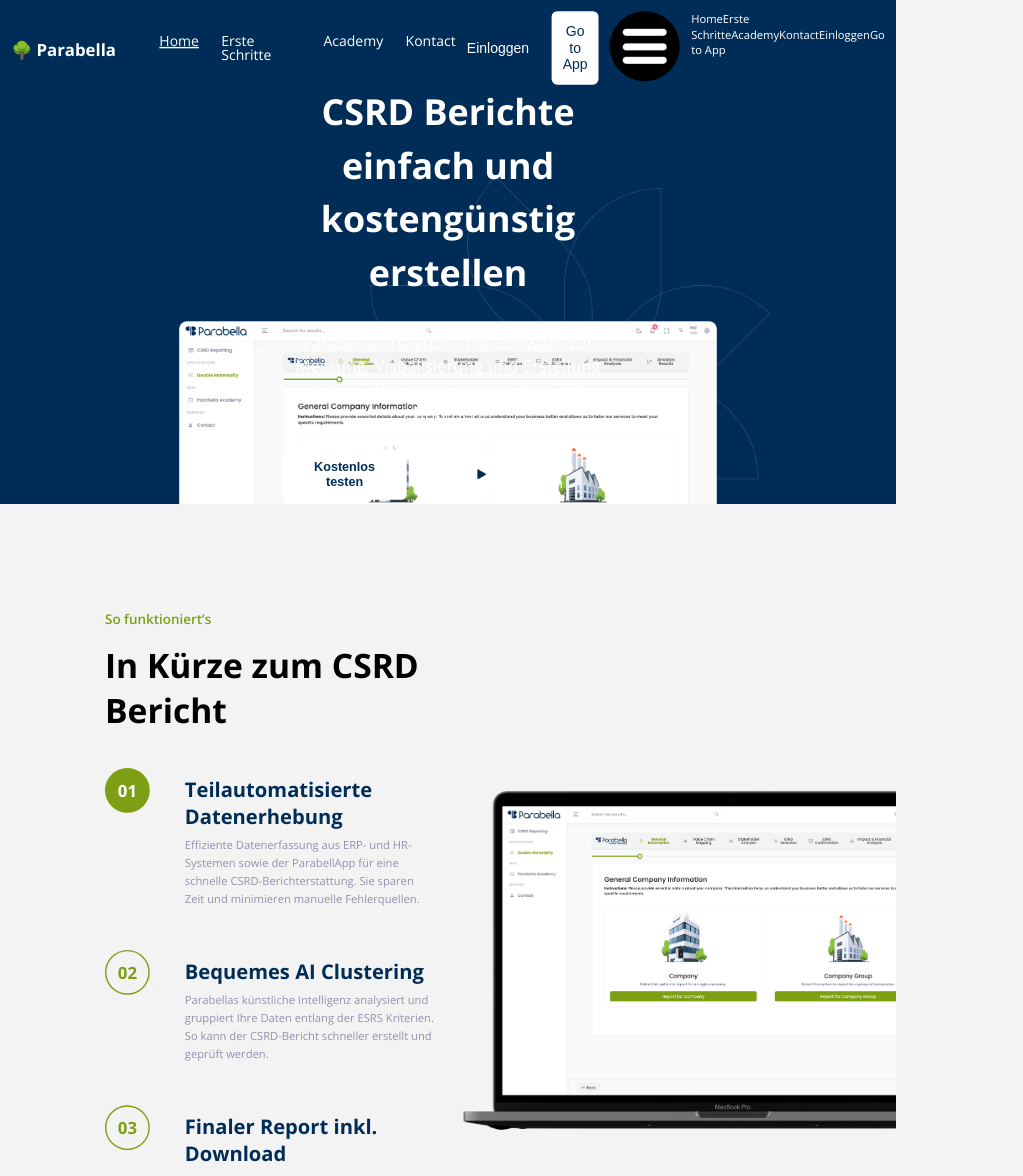
Repository: AiTrinh303/Parabella_Clone
Page: /
An editor plug-in stored every save of this project. The page is shown before and after the next save, followed by the edit.
The browser window is 1280 px wide. The page is 1462 px wide, so the pictures cover 1462 px, including what lies to the right of the window. The pictures show the part of the page from y = 0 to 1680 px (the page is 8556 px tall), at 70% of full size.
The project was rebuilt for these pictures with package versions that can differ from the ones it lists, and the page was loaded fresh each time. Also part of the build but not shown: vite.config.js, src/pages/HomePage/HomePage.scss, src/pages/ErsteSchrittePage/ErsteSchrittePage.jsx, src/pages/AcademyPage/AcademyPage.jsx, src/pages/ContactPage/ContactPage.jsx. Imported but missing from the stored project, and not drawn on this page: src/assets/natur.mp4.

Above is the page before, as saved 2024-09-30 14:11:05.

### index.html
<!doctype html>
<html lang="en">
  <head>
    <meta charset="UTF-8" />
    <!-- <link rel="icon" type="image/svg+xml" href=/> -->
    <meta name="viewport" content="width=device-width, initial-scale=1.0" />
    <title>🌳 Parabella Analytics</title>
  </head>
  <body>
    <div id="root"></div>
    <script type="module" src="/src/main.jsx"></script>
  </body>
</html>

### src/App.jsx
import { createBrowserRouter, RouterProvider } from 'react-router-dom';
import { Layout } from './layouts/Layout';
import HomePage from './pages/HomePage/HomePage';
import ErsteSchrittePage from './pages/ErsteSchrittePage/ErsteSchrittePage';
import AcademyPage from './pages/AcademyPage/AcademyPage';
import ContactPage from './pages/ContactPage/ContactPage';


function App() {
  const router = createBrowserRouter([
    {
      path: '/',
      element: <Layout />,
      children: [
        {
          path: '/',
          element: <HomePage />,
        },
        {
          path: '/erste-schritte',
          element: <ErsteSchrittePage />,
        },
        {
          path: '/academy',
          element: <AcademyPage />,
        },
        {
          path: '/contact',
          element: <ContactPage />,
        }
      ],
    }
  ]);

    return <RouterProvider router={router} />;
}

export default App

### src/index.css
/* @import url('https://fonts.googleapis.com/css2?family=Roboto:ital,wght@0,100;0,300;0,400;0,500;0,700;0,900;1,100;1,300;1,400;1,500;1,700;1,900&display=swap'); */
@import url('https://fonts.googleapis.com/css2?family=Open+Sans:ital,wght@0,300..800;1,300..800&family=Roboto:ital,wght@0,100;0,300;0,400;0,500;0,700;0,900;1,100;1,300;1,400;1,500;1,700;1,900&display=swap');

*{
    box-sizing: border-box;
    margin: 0;
    padding: 0;
}

body{
    /* font-family: 'Roboto', sans-serif; */
    font-family: "Open Sans", sans-serif;
    background-color: #f3f3f3;
}

a{
    text-decoration: none;
    color: inherit;
    line-height: 1;
    cursor: pointer;
}

### src/layouts/Layout.jsx
import { Navigate, Outlet } from "react-router-dom";
import "./layout.scss";
import Navbar from "../components/Navbar/Navbar";
import Footer from "../components/Footer/Footer";


export const Layout = () => {
  return (
    <div className="layout">
        <div className="navbar">
            <Navbar />
        </div>
        <div className="content">
            <Outlet />
        </div>
        <div className="footer">
          <Footer />
        </div>
    </div>
  )
}

// export const RequiredAuthLayout = () => {
//   const {currentUser} = useContext(AuthContext);
//   if (!currentUser) {
//     return <Navigate to="/login" />;
//   }
//   else {
//     return (
//       <div className="layout">
//         <div className="navbar">
//             <Navbar />
//         </div>
//         <div className="content">
//           <div className="outlet">
//             <Outlet />
//           </div>
//         </div>
//       </div>
//     )
//   }

// }

### src/pages/HomePage/HomePage.jsx
import './HomePage.scss'
import Hero from '../../components/Hero/Hero'
import Funktioniert from '../../components/Funktioniert/Funktioniert'
import Warum from '../../components/Warum/Warum'
import Service from '../../components/Service/Service'
import Team from '../../components/Team/Team'
import Kunden from '../../components/Kunden/Kunden'
import VideoPlayer from '../../components/VideoPlayer/VideoPlayer'
import { useState } from 'react'
import Partner from '../../components/Partner/Partner'
import Kontakt from '../../components/Kontakt/Kontakt'

const HomePage = () => {

  const [playVideo, setPlayVideo] = useState(false)

  return (
    <div className='home'>
      <Hero setPlayVideo={setPlayVideo}/>
      <Funktioniert />
      <Warum />
      <Service />
      <Team />
      <Kunden />
      <Partner />
      <Kontakt />
      <VideoPlayer playVideo={playVideo} setPlayVideo={setPlayVideo}/>
    </div>
  )
}

export default HomePage

### src/layouts/layout.scss
@import "../responsive.scss";

.layout {
  display: flex;
  flex-direction: column;
  min-height: 100vh;

  @include lg {
    max-width: 1280px;
  }

  @include md {
    max-width: 768px;
  }

  @include sm {
    max-width: 640px;
  }

  .content{
   flex: 1;
  }
}

### src/components/Footer/Footer.jsx
import './Footer.scss';

const Footer = () => {
  return (
    <div className='footer'>
      <div className='top'>
        <div className="logo">
          <a href="/" >
            <span role="img" aria-label="tree">🌳</span> Parabella
          </a>
          <p>CSRD Berichte einfach und kostengünstig erstellen</p>
          <div className="social-icons">

              <img src="https://img.icons8.com/color/48/000000/facebook.png" alt="facebook" />

              <img src="https://img.icons8.com/color/48/000000/twitter.png" alt="twitter" />

              <img src="https://img.icons8.com/color/48/000000/instagram-new.png" alt="instagram" />

          </div>
        </div>

        <div className="links">
          <ul>
            <li><a href="/kontakt">Kontakt</a></li>
            <li><a href="/about">Über uns</a></li>
            <li><a href="/services">Services</a></li>
          </ul>
          <ul>
            <li><a href="/login">Login</a></li>
            <li><a href="/register">Registrieren</a></li>
          </ul>
        </div>
      </div>

      {/* <hr /> */}

      <div className='bottom'>
        <div className="left">
          <a href="/agb">AGB</a>
          <a href="/datenschutz">Datenschutz</a>
          <a href="/impressum">Impressum</a>
        </div>

        <div className="right">
          <span>© Copyright 2024 - Parabella Analytics</span>
        </div>
      </div>
    </div>
  );
}

export default Footer;

### src/components/Hero/Hero.jsx
import './Hero.scss';
import groupImage from '../../assets/Group+10.png';
import screenImage from '../../assets/parabella-analytics-screen.png';
import playIcon from '../../assets/VideoButton.png';
const Hero = ({setPlayVideo}) => {
  return (
    <div className='hero'>
      <div className='hero-content'>
        <h1>CSRD Berichte einfach und kostengünstig erstellen</h1>
        <p>Parabella Analytics – die Software zur Messung, Visualisierung und Erstellung von ESG-Berichten entlang der CSRD Kriterien</p>
        <div>
          <button >Kostenlos testen</button>
          <div>
            <img src={playIcon} alt="play icon" onClick={()=> {setPlayVideo(true)}}/>
            <span>
              Erklärvideo abspielen
            </span>
          </div>
        </div>

      </div>
      <img src={groupImage} alt="Group" className="group-image" />
      <img src={screenImage} alt="ParabellaScreen" className="screen-image"/>
    </div>
  );
}

export default Hero;

### src/components/Warum/Warum.jsx
import './Warum.scss'
import {warum} from '../../data/warum'


const Card = ({img, title, desc}) => {
  return (
    <div className='card'>
      <img src={img} alt={title} />
      <h3>{title}</h3>
      <p>{desc}</p>
    </div>
  )
}

const Warum = () => {
  return (
    <div className='warum'>
      <p>Warum Parabella Analytics?</p>
      <h2>Was Sie erwartet, wenn Sie keinen Nachhaltigkeitsbericht abgeben:</h2>
      <div className="block">
        {warum.map((item) => (
          <Card key={item.id} {...item} />
        ))}
      </div>
    </div>
  )
}

export default Warum

### src/components/Service/Service.jsx
import './Service.scss'
import {service} from '../../data/service'

const Block = ({ title, desc, features, btn }) => {
    return (
        <div className="block">
        <h3>{title}</h3>
        <p>{desc}</p>
        <h4>Features:</h4>
        <ul>
            {features.map((feature, index) => <li key={index}>{feature}</li>)}
        </ul>
        <button>{btn}</button>
        </div>
    )
    }


const Service = () => {
  return (
    <div className="service">
      <span>Service</span>
      <h2>Unsere Software-Landschaft</h2>
      <p>Je nach Unternehmensgröße und Situation empfiehlt es sich das passende Paket zu wählen.</p>
      <div className="blocks">
        {service.map((item) => (
          <Block
            key={item.id}
            title={item.title}
            desc={item.desc}
            features={item.features}
            btn={item.btn}
          />
        ))}
      </div>
    </div>
  )
}

export default Service

### src/components/Team/Team.jsx
import './Team.scss'
import Marcus from '../../assets/PA-Marcus-Ohnemus.png'
import Alexander from '../../assets/PA-Sascha-Pavlovski.png'
import Dominik from '../../assets/PA-Dominik-Erb.png'

const Team = () => {
  return (
    <div className='team'>
      <span>Unser Team</span>
      <h2>Über uns</h2>
      <p>Wir sind ein AI-Startup aus München, das sich darauf spezialisiert hat, mittelständische Unternehmen bei der Umsetzung der CSRD-Berichterstattung zu unterstützen.</p>

        <div className='team__members'>
            <div className='team__member'>
                <img src={Marcus} alt='Marcus Ohnemus' />
                <h3>Marcus Ohnemus</h3>
                <p>CEO & Founder</p>
            </div>
            <div className='team__member'>
                <img src={Alexander} alt='Alexander Pavlovski' />
                <h3>Alexander Pavlovski</h3>
                <p>CTO & Co-Founder</p>
            </div>
            <div className='team__member'>
                <img src={Dominik} alt='Dominik Erb' />
                <h3>Dominik Erb</h3>
                <p>CPO & Co-Founder</p>
            </div>
        </div>
    </div>
  )
}

export default Team

### src/components/Kunden/Kunden.jsx
import React, { useState } from 'react';
import './Kunden.scss';
import { kunden } from '../../data/kunden';
import backBtn from '../../assets/back-icon.png';
import nextBtn from '../../assets/next-icon.png';

const Card = ({ img, name, address, text }) => {
  return (
    <div className='card'>
      <div className='info'>
        <img src={img} alt={name} />
        <div className='details'>
          <h3>{name}</h3>
          <span>{address}</span>
        </div>
      </div>
      <p>{text}</p>
    </div>
  );
};

const Kunden = () => {
  const [startIndex, setStartIndex] = useState(0);

  const usersPerPage = 3;

  const handleNext = () => {
    if (startIndex + usersPerPage < kunden.length) {
      setStartIndex(startIndex + usersPerPage);
    }
  };

  const handleBack = () => {
    if (startIndex - usersPerPage >= 0) {
      setStartIndex(startIndex - usersPerPage);
    }
  };

  const visibleKunden = kunden.slice(startIndex, startIndex + usersPerPage);

  return (
    <div className='kunden'>
      <img src={backBtn} alt="back-icon" className='back-btn' onClick={handleBack} />

      <div className='kunden-content'>
        <h2>Was unsere Kunden sagen</h2>
        <div className="content">
          {visibleKunden.map((kunde) => (
            <Card key={kunde.id} {...kunde} />
          ))}
        </div>
      </div>

      <img src={nextBtn} alt="next-icon" className='next-btn' onClick={handleNext} />
    </div>
  );
};

export default Kunden;

### src/components/VideoPlayer/VideoPlayer.jsx
import './VideoPlayer.scss'
import naturVideo from '../../assets/natur.mp4'
import { useRef } from 'react';

const VideoPlayer = ({playVideo, setPlayVideo}) => {

    const player = useRef(null);
    const closePlayer = (e) => {
        if (e.target === player.current) {
            setPlayVideo(false)
        }
    }

  return (
    <div ref={player} className={`video-player ${playVideo ? '' : 'hide'}`} onClick={closePlayer}>
      <video src={naturVideo} autoPlay muted controls></video>
    </div>
  )
}

export default VideoPlayer

### src/components/Partner/Partner.jsx
import './Partner.scss'
import logo1 from '../../assets/logo1.png'
import logo2 from '../../assets/logo2.png'
import logo3 from '../../assets/logo3.png'
import logo4 from '../../assets/logo4.png'
import logo5 from '../../assets/logo5.png'
import logo6 from '../../assets/logo6.png'
import logo7 from '../../assets/logo7.png'

const partner = [logo1, logo2, logo3, logo4, logo5, logo6, logo7]

const Partner = () => {
  return (
    <div className='partner'>
      <h2>Partner</h2>
      <div className="partner_imgs">
        {partner.map((item, index) => (
            <img key={index} src={item} alt="partner" />
        ))}
      </div>
    </div>
  )
}

export default Partner

### src/responsive.scss
@mixin sm {
  @media (max-width: 738px) {
    @content;
  }
};

@mixin md {
  @media (max-width: 1024px) {
    @content;
  }
};

@mixin lg {
  @media (max-width: 1366px) {
    @content;
  }
};

### src/components/Navbar/Navbar.scss
@import "../../responsive.scss";

.navbar {
  width: 100%;
  display: flex;
  justify-content: space-between;
  align-items: center;
  color: #fff;
  background-color:rgb(0, 45, 87);
  padding: 1rem;
  position: fixed;
  top: 0;
  left: 0;
  z-index: 10;

  &-left {
    flex: 1;
    max-height: 20px;
  }

  &-center{
      flex: 2;
      display: flex;
      justify-content: center;
      gap: 2rem;
      font-size: 20px;
      text-decoration: none;
      list-style: none;
      @include sm {
        display: none;
      }
        .active{
          text-decoration: underline;
        }
      }

  &-right {
      flex: 1;
      display: flex;
      justify-content: flex-end;
      gap: 1rem;

      @include sm {
        display: none;
      }

      button {
        background: transparent;
        border: none;
        color: #fff; // Button text color
        padding: 0.6rem 1rem;
        border-radius: 8px;
        font-size: 20px;
        cursor: pointer;

        &.app{
          background-color: white;
          color: rgb(0, 45, 87);
          &:hover {
            background-color:rgb(127, 146, 162);
          }
        }
      }
    }

      &-logo {
        font-weight: bold;
        font-size: 1.5rem;
        text-decoration: none;
      }





  }

### src/components/Warum/Warum.scss
.warum{
    width: 100%;
    min-height: 100vh;
    background-color: #fff;
    padding: 20px;
    text-align: center;
    padding-top: 100px;

  p{
    font-size: 1.2em;
    font-weight: 400;
    margin-bottom: 20px;
    color: rgb(126,159,20);
  }

  h2{
    font-size: 2.7em;
    margin-bottom: 50px;
    color:rgb(25,27,6);
    max-width: 50vw;
    margin: 0 auto;
  }

  .block {
    display: grid;
    grid-template-columns: repeat(3, 1fr);
    gap: 80px;
    margin: 100px 150px;
    border: none;
  }
  @media (max-width: 1024px) {
    .block {
      grid-template-columns: repeat(2, 1fr);
      gap: 40px;
      margin: 50px 50px;
    }
  }

  @media (max-width: 768px) {
    .block {
      grid-template-columns: 1fr;
      gap: 30px;
      margin: 30px 20px;
    }
  }
}



.card {
  padding: 50px;
  border-radius: 15px;
  background-color: #F3F3F3;
  text-align: left;

  img {
    max-width: 100%;
    border-radius: 4px;
    width: 80px;
    height: 80px;
  }

  h3{
    font-size: 1.5em;
    margin-bottom: 20px;
    color: rgb(0, 45, 87);
  }

  p{
    font-size: 1.3em;
    font-weight: 400;
    color: rgb(0, 45, 87);
  }

  &:hover {
    transform: scale(1.05);
  }
}

### src/components/Team/Team.scss
.team{
    width: 100%;
    min-height: 100vh;
    padding: 20px;
    text-align: center;
    padding-top: 100px;
    background-color: #fff;

    span{
        font-size: 1.2em;
        font-weight: 400;
        margin-bottom: 20px;
        color: rgb(126,159,20);
      }

    h2{
        font-size: 3em;
        padding-top: 30px;
        padding-bottom: 20px;
        color: rgb(25,27,6);
        max-width: 50vw;
        margin: 0 auto;
      }

    p{
        font-size: 1.2em;
        font-weight: 400;
        margin: 30px auto;
        align-items: center;
        max-width: 50vw;
        color: rgb(0, 45, 87);
    }

    .team__members {
        display: flex;
        // justify-content: space-evenly;
        align-items: center;
        justify-content: center;
        gap: 100px;
        flex-wrap: wrap;
        padding: 10px;

        .team__member {
            text-align: center;
            margin: 20px;

            img {
                margin-top: 50px;
                width: 250px;
                height: 250px;
                object-fit: cover;
            }

            h3 {
                font-size: 1.5em;
                margin-top: 10px;
                color: rgb(0, 45, 87);
            }

            p {
                font-size: 1.2em;
                color: rgb(100, 100, 100);
              }
          }
      }



}

### src/components/VideoPlayer/VideoPlayer.scss
.video-player{
    position: fixed;
    top: 0;
    left: 0;
    width: 100%;
    height: 100%;
    background: rgba(0,0,0,0.9);
    z-index: 100;
    display: flex;
    align-items: center;
    justify-content: center;
    video{
        width: 90%;
        max-width: 900px;
        height: auto;
        border: 4px solid #fff;
    }
    &.hide{
        display: none;
    }
}

### src/components/Partner/Partner.scss
.partner{
    width: 100%;
    min-height: 30vh;
    text-align: center;
    padding-top: 50px;
    margin-top: 20px;

    h2{
        font-size: 3em;
        color: rgb(25,27,6);
        max-width: 50vw;
        margin: 0 auto;
      }

      .partner_imgs {
        display: flex;
        justify-content: center;
        align-items: center;
        gap: 80px;
        flex-wrap: wrap;
        margin-top: 30px;

        img {
          max-width: 150px;
          height: auto;
          opacity: 0.7;
          transition: transform 0.3s ease;

          &:hover {
            transform: scale(1.1);
            opacity: 1;
          }
        }
      }
}

Loaded but not shown: src/main.jsx (common file); src/data/warum.js (47 lines, source omitted); src/data/kunden.js (51 lines, source omitted); src/data/service.js (30 lines, source omitted); src/components/Funktioniert/Funktioniert.scss (100 lines, source omitted); src/components/Hero/Hero.scss (102 lines, source omitted); src/components/Service/Service.scss (124 lines, source omitted); src/components/Kontakt/Kontakt.scss (133 lines, source omitted); src/components/Footer/Footer.scss (128 lines, source omitted); src/components/Kontakt/Kontakt.jsx (63 lines, source omitted); src/components/Kunden/Kunden.scss (109 lines, source omitted); src/components/Funktioniert/Funktioniert.jsx (44 lines, source omitted); src/components/Navbar/Navbar.jsx (45 lines, source omitted); src/pages/AcademyPage/AcademyPage.scss (no stored copy; drawn as an empty file); src/pages/ContactPage/ContactPage.scss (no stored copy; drawn as an empty file); src/pages/ErsteSchrittePage/ErsteSchrittePage.scss (no stored copy; drawn as an empty file)

After the next save:
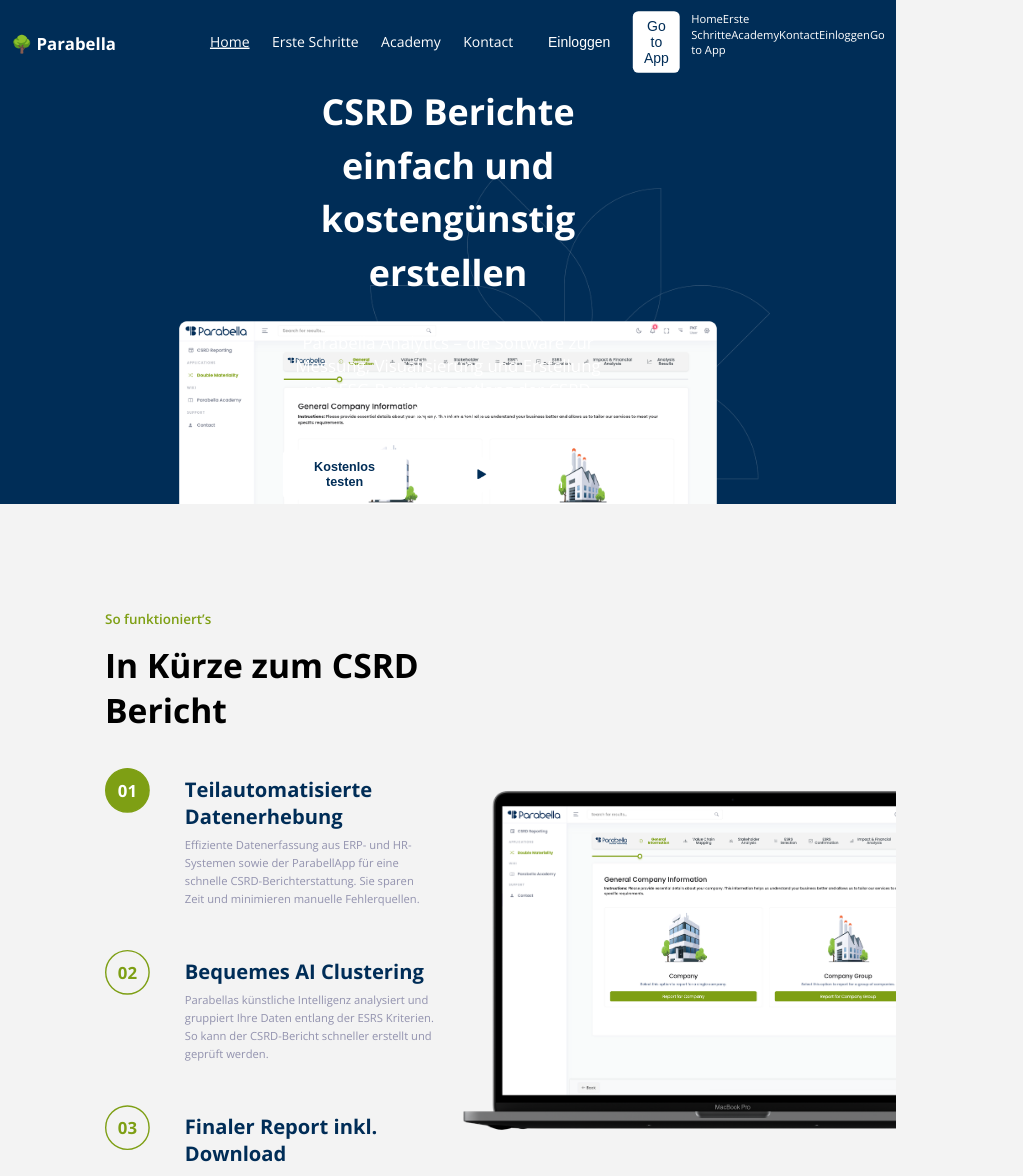
Saved 12 s later.
--- a/src/components/Navbar/Navbar.scss
+++ b/src/components/Navbar/Navbar.scss
@@ -70,7 +70,20 @@
       }
 
 
+      .menuIcon {
+        display: none;
+        z-index: 999;
 
+        img {
+          width: 36px;
+          height: 36px;
+          cursor: pointer;
+        }
+
+        @include sm {
+          display: inline;
+        }
+      }
 
 
   }

After the save that followed:
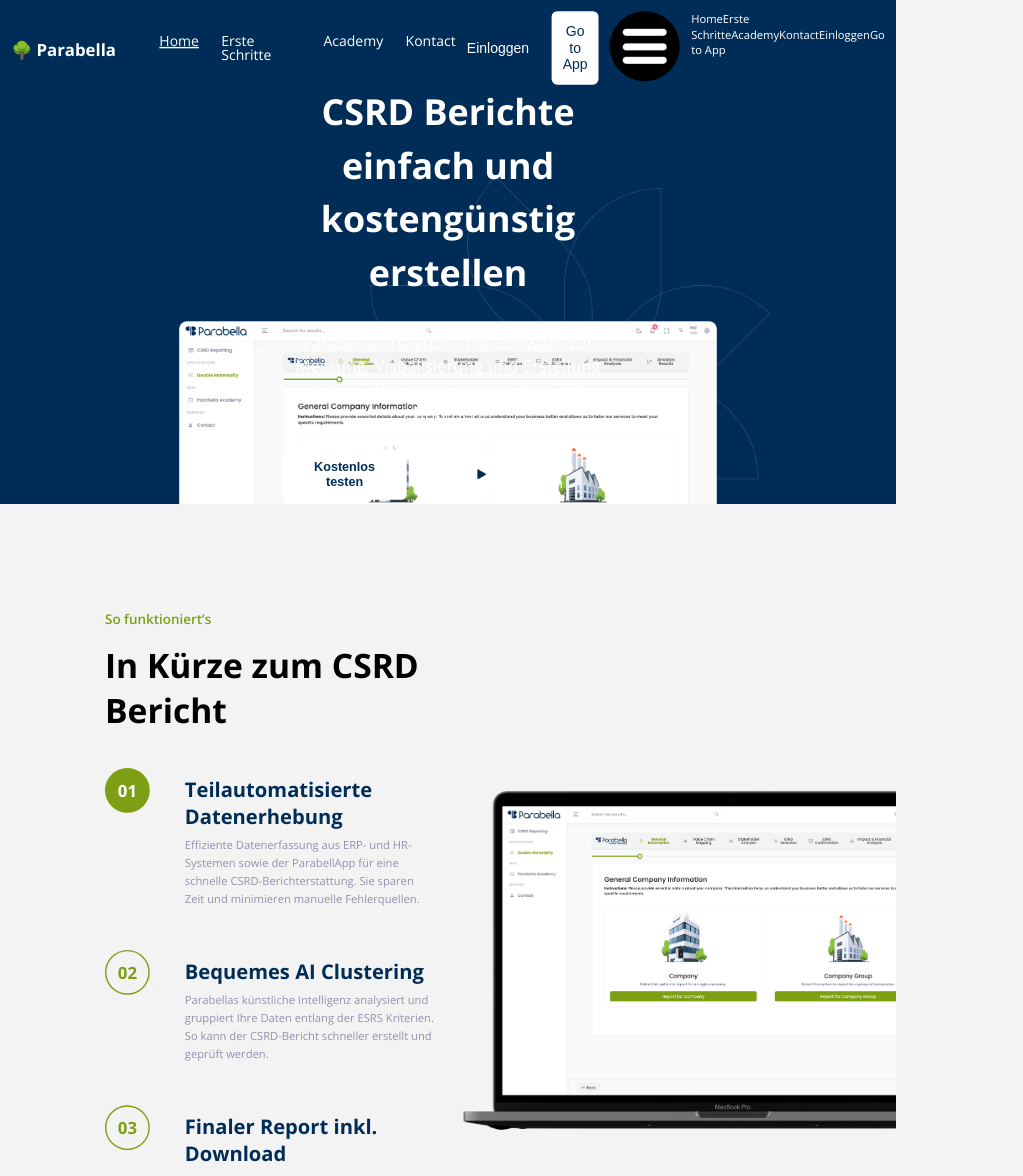
Saved 23 s later.
--- a/src/components/Navbar/Navbar.scss
+++ b/src/components/Navbar/Navbar.scss
@@ -70,20 +70,7 @@
       }
 
 
-      .menuIcon {
-        display: none;
-        z-index: 999;
 
-        img {
-          width: 36px;
-          height: 36px;
-          cursor: pointer;
-        }
-
-        @include sm {
-          display: inline;
-        }
-      }
 
 
   }
